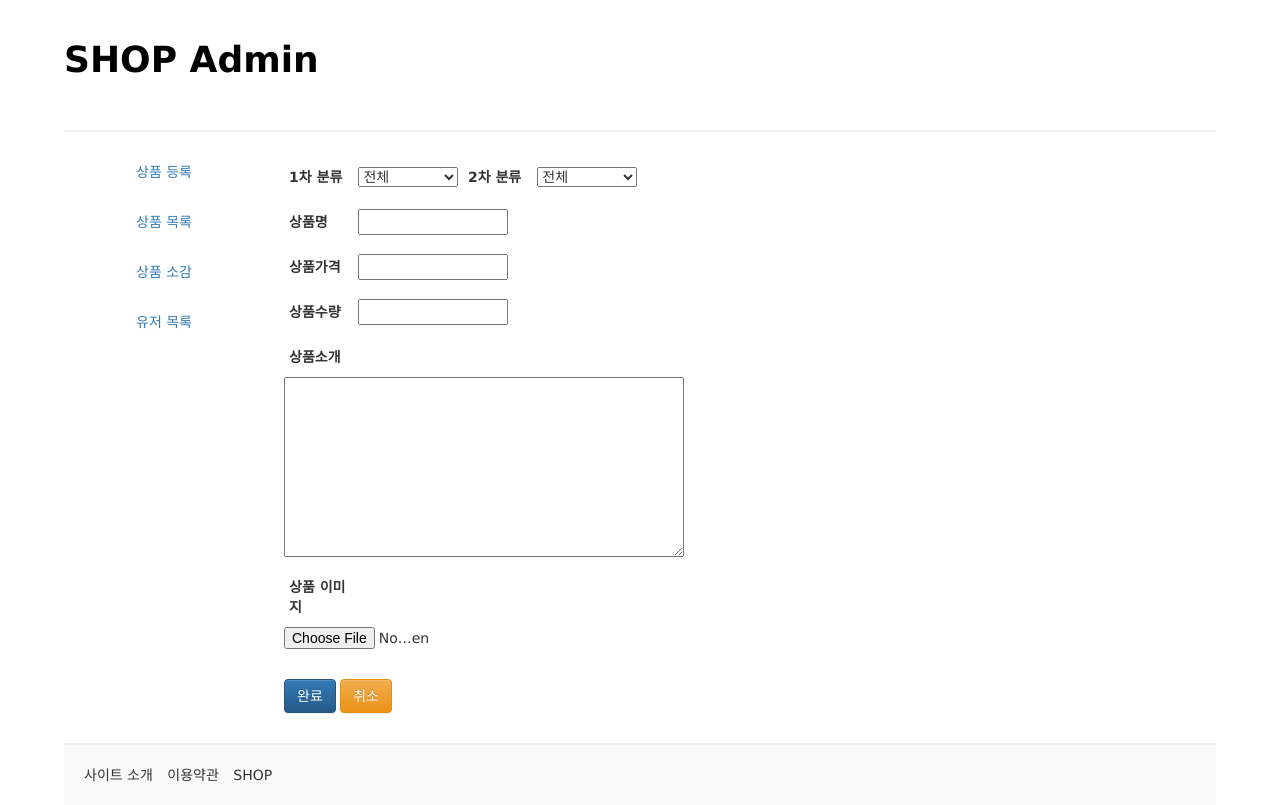
Repository: leesoonyong/shopping-mall
Page: http://localhost/shop/WEB-INF/views/admin/goods/modify.jsp
These files come from the project's save history. The page is drawn as it stood at one moment and after the next save; the edit follows.
The browser window is 1280 px wide. The pictures show the whole page.
The page is served by Tomcat 9. Nobody is signed in. The template is opened directly, without the code that normally fills it, so the values that code supplies are empty.

Above is the page before, as saved 2020-09-13 06:12:12.
Console error: SyntaxError: Unexpected token ';'

After the next save:
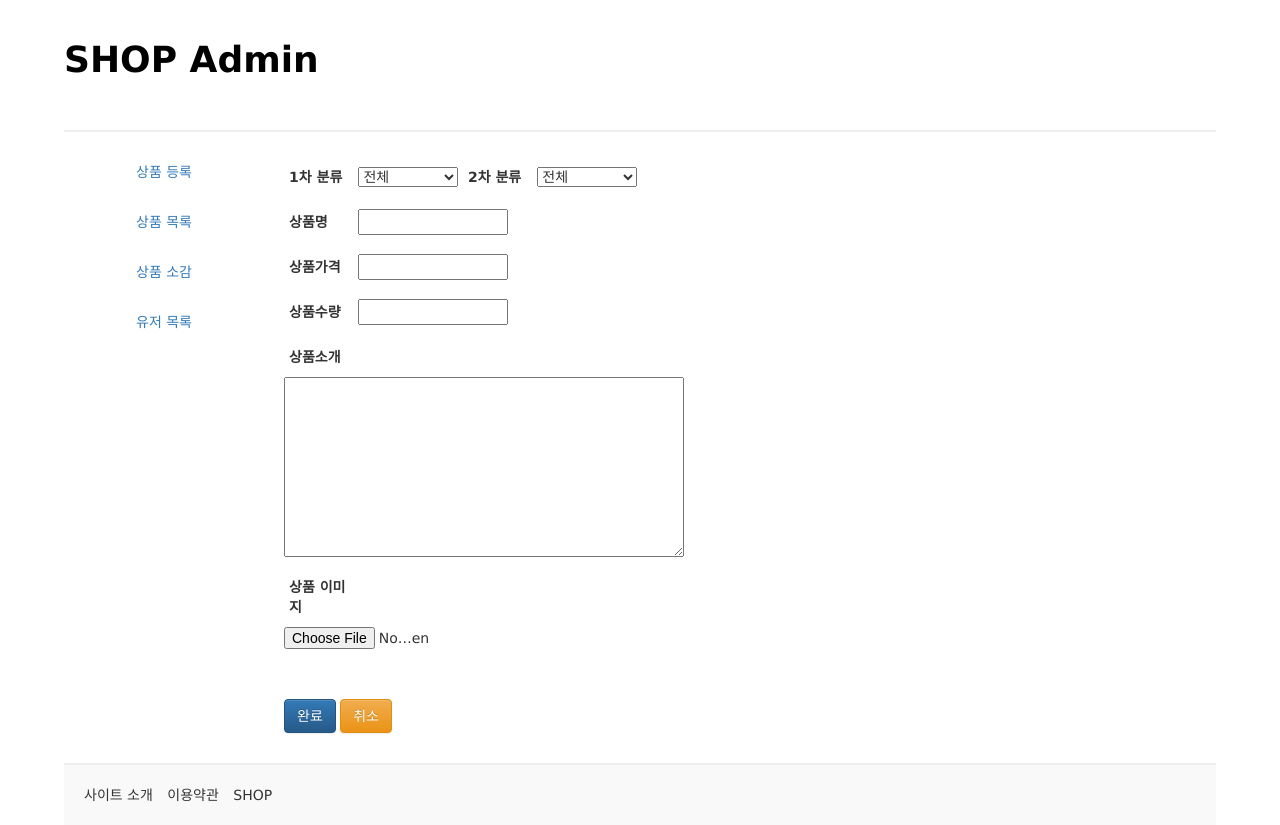
Saved 22 s later.
--- a/shop/src/main/webapp/WEB-INF/views/admin/goods/modify.jsp
+++ b/shop/src/main/webapp/WEB-INF/views/admin/goods/modify.jsp
@@ -122,6 +122,10 @@ textarea#gdsDes {
 	width: 400px;
 	height: 180px;
 }
+.select_img img{
+	width:500px;
+	margin:20px 0;
+}
 </style>
 </head>
 <body>
